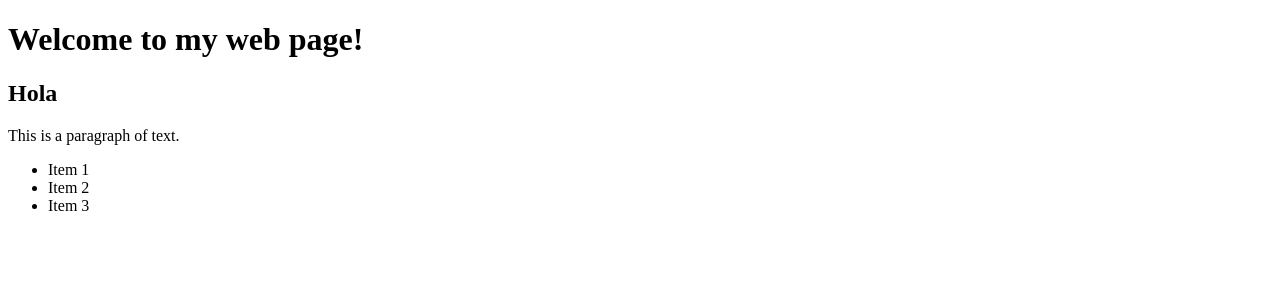
Repository: gadiazsaavedra/Unidad_2
Page: prueba_pagina_web.html
These files come from the project's save history. The page is drawn as it stood at one moment and after a run of saves; the edit follows.
The browser window is 1280 px wide. The pictures show the whole page.

Above is the page before, as saved 2023-08-07 11:11:09.

### prueba_pagina_web.html
<!DOCTYPE html>
<html>
<head>
    <title>My Web Page</title>
</head>
<body>
    <h1 style="color:">Welcome to my web page!</h1>
    <h2>Hola</h2>
    <p>This is a paragraph of text.</p>
    <ul>
        <li>Item 1</li>
        <li>Item 2</li>
        <li>Item 3</li>
    </ul>
</body>
</html>

After the next 2 saves:
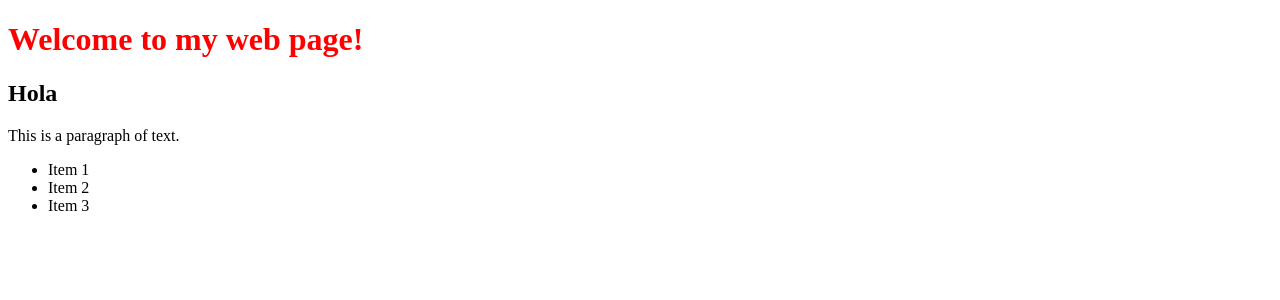
The 2 saves are shown as one change because they came seconds apart.
The last was saved 9 s later.
--- a/prueba_pagina_web.html
+++ b/prueba_pagina_web.html
@@ -4,7 +4,7 @@
     <title>My Web Page</title>
 </head>
 <body>
-    <h1 style="color:">Welcome to my web page!</h1>
+    <h1 style="color:red">Welcome to my web page!</h1>
     <h2>Hola</h2>
     <p>This is a paragraph of text.</p>
     <ul>
